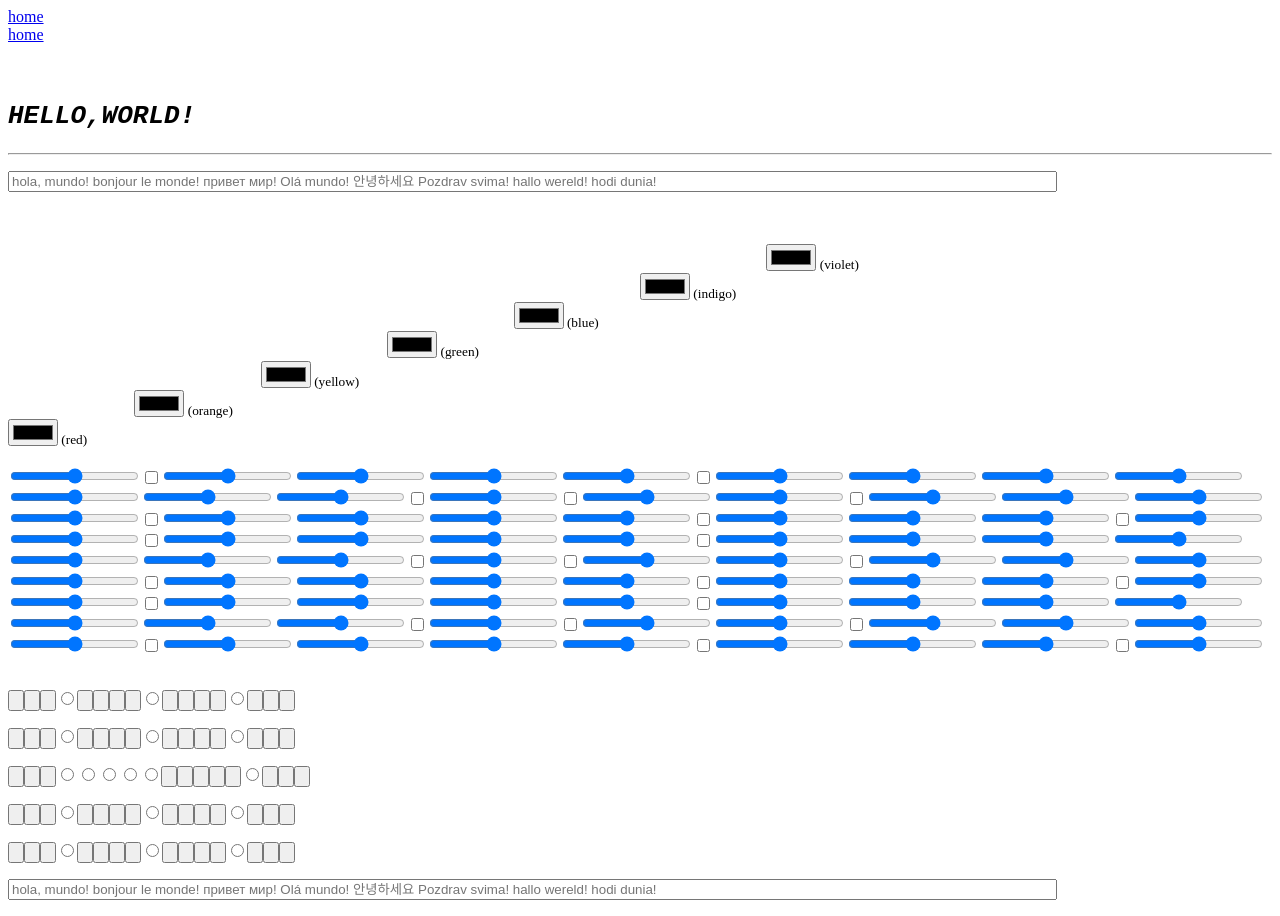
Repository: kklasmei/kklasmei.github.io
Page: proj1/helloworld.html
The author's editor kept a record of every edit. The page is drawn from the files as they stood at one moment, then again after the next edit.
The browser window is 1280 px wide. The pictures show the whole page.

Above is the page before.

After the next edit:
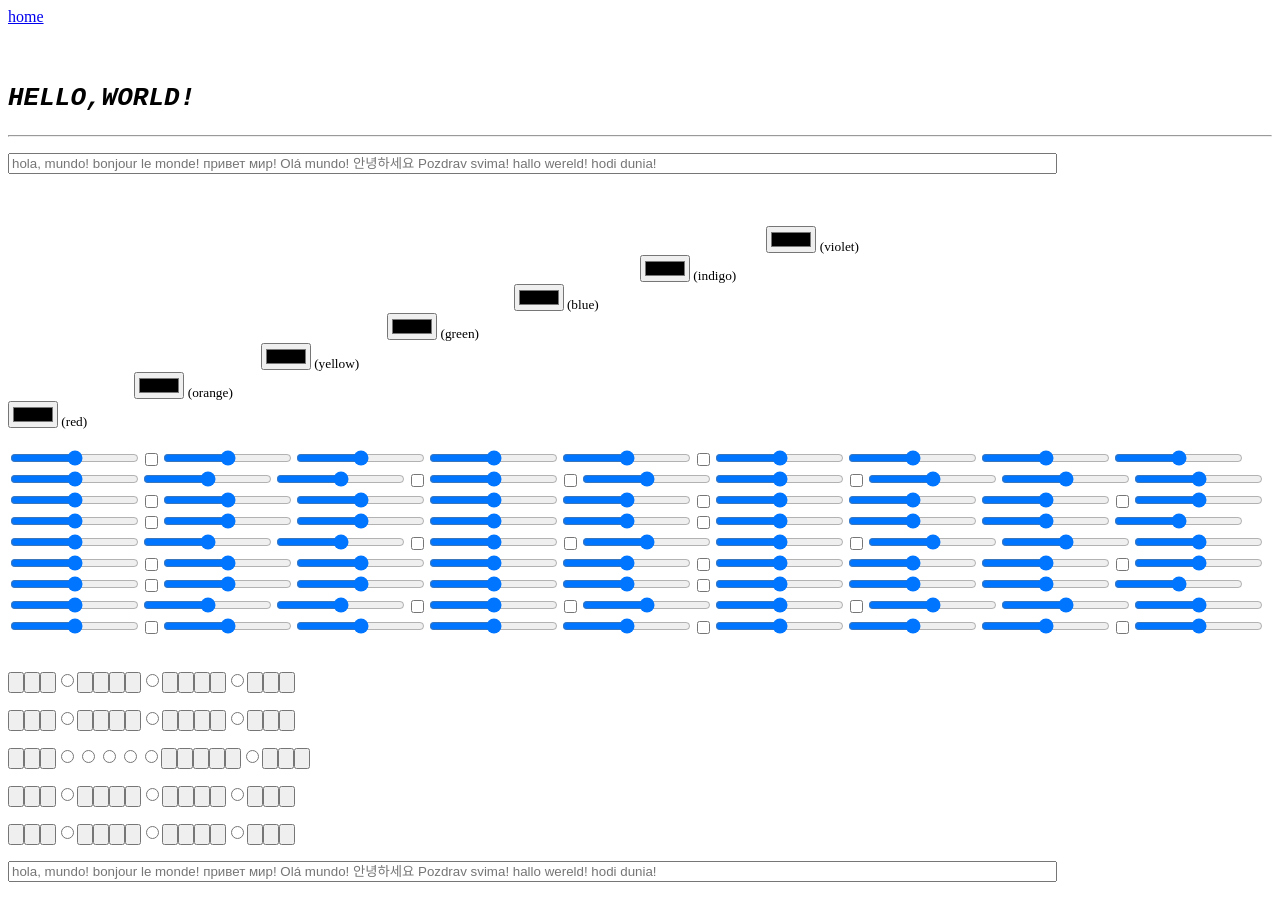
The edit:
--- a/proj1/helloworld.html
+++ b/proj1/helloworld.html
@@ -1,7 +1,6 @@
 <html>
     <head>
         <title>Hello World</title>
-        <a href="index.html">home</a>
     </head>
     <body>
         <div><a href="index.html">home</a></div>
